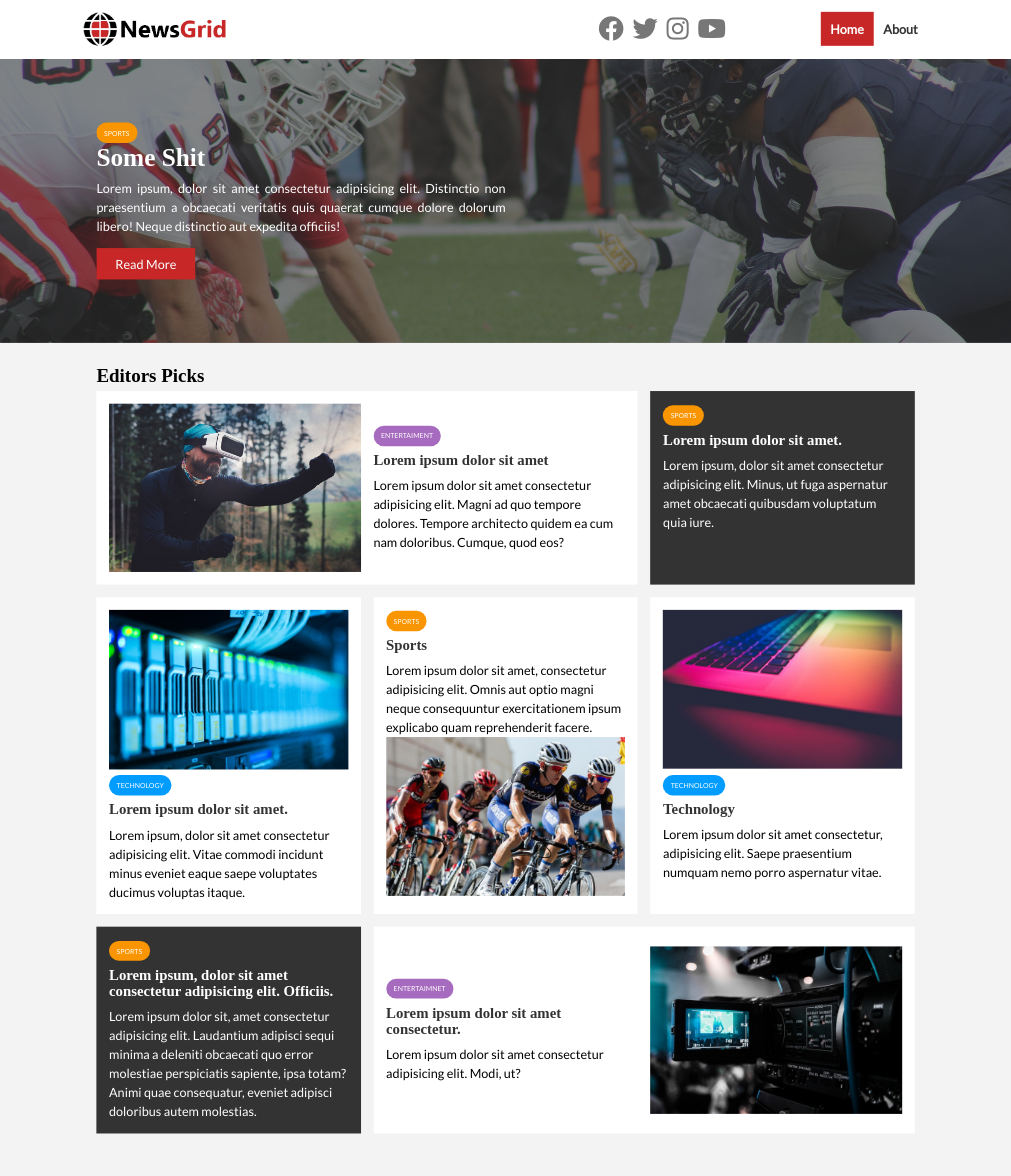
Repository: EswinGiova/NewsGrid
Page: index.html
These files come from the project's save history. The page is drawn as it stood at one moment and after the next save; the edit follows.
The browser window is 1280 px wide. The pictures show the whole page, at 79% of full size.
Some web libraries are served in a nearby version.

Above is the page before, as saved 2020-09-19 22:12:10.

### index.html
<!DOCTYPE html>
<html lang="en">
  <head>
    <meta charset="UTF-8" />
    <meta name="viewport" content="width=device-width, initial-scale=1.0" />
    <link rel="shortcut icon" type="image/x-icon" href="favicon.ico" />
    <link
      href="https://fonts.googleapis.com/css2?family=Lato&family=Staatliches&display=swap"
      rel="stylesheet"
    />
    <link rel="stylesheet" href="./css/style.css" />
    <link
      rel="stylesheet"
      media="screen and (max-width: 768px)"
      href="./css/mobile.css"
    />

    <link
      rel="stylesheet"
      href="https://cdnjs.cloudflare.com/ajax/libs/font-awesome/5.14.0/css/all.min.css"
      integrity="sha512-1PKOgIY59xJ8Co8+NE6FZ+LOAZKjy+KY8iq0G4B3CyeY6wYHN3yt9PW0XpSriVlkMXe40PTKnXrLnZ9+fkDaog=="
      crossorigin="anonymous"
    />

    <title>NewsGrid | Latest News</title>
  </head>
  <body>
    <nav id="main-nav">
      <div class="container">
        <img src="./image_resources/logo.png" alt="" class="logo" />
        <div class="social">
          <a href="#" target="_blank"><i class="fab fa-facebook fa-2x"></i></a>
          <a href="#" target="_blank"><i class="fab fa-twitter fa-2x"></i></a>
          <a href="#" target="_blank"><i class="fab fa-instagram fa-2x"></i></a>
          <a href="#" target="_blank"><i class="fab fa-youtube fa-2x"></i></a>
        </div>
        <ul>
          <li><a href="#" class="current">Home</a></li>
          <li><a href="#">About </a></li>
        </ul>
      </div>
    </nav>

    <header id="showcase">
      <div class="container">
        <div class="showcase-container">
          <div class="showcase-content">
            <div class="category category-sports">Sports</div>
            <h1>Some Shit</h1>
            <p>
              Lorem ipsum, dolor sit amet consectetur adipisicing elit.
              Distinctio non praesentium a obcaecati veritatis quis quaerat
              cumque dolore dolorum libero! Neque distinctio aut expedita
              officiis!
            </p>
            <a href="./article.html" class="btn btn-primary">Read More </a>
          </div>
        </div>
      </div>
    </header>
    <!-- Hombe articles -->

    <section id="home-articles" class="py-2">
      <div class="container">
        <h2>Editors Picks</h2>
        <div class="articles-container">
          <article class="card">
            <img src="./image_resources/articles/ent1.jpg" alt="" />
            <div>
              <div class="category category-ent">Entertaiment</div>
              <h3>
                <a href="./article.html">Lorem ipsum dolor sit amet</a>
              </h3>
              <p>
                Lorem ipsum dolor sit amet consectetur adipisicing elit. Magni
                ad quo tempore dolores. Tempore architecto quidem ea cum nam
                doloribus. Cumque, quod eos?
              </p>
            </div>
          </article>
          <article class="card bg-dark">
            <div class="category category-sports">Sports</div>
            <h3>
              <a href="./article.html">Lorem ipsum dolor sit amet.</a>
            </h3>
            <p>
              Lorem ipsum, dolor sit amet consectetur adipisicing elit. Minus,
              ut fuga aspernatur amet obcaecati quibusdam voluptatum quia iure.
            </p>
          </article>

          <article class="card">
            <img src="./image_resources/articles/tech1.jpg" alt="" />
            <div class="category category-tech">Technology</div>
            <h3><a href="./article.html">Lorem ipsum dolor sit amet.</a></h3>
            <p>
              Lorem ipsum, dolor sit amet consectetur adipisicing elit. Vitae
              commodi incidunt minus eveniet eaque saepe voluptates ducimus
              voluptas itaque.
            </p>
          </article>

          <article class="card">
            <div class="category category-sports">Sports</div>
            <h3>
              <a href="./article.html">Sports</a>
            </h3>
            <p>
              Lorem ipsum dolor sit amet, consectetur adipisicing elit. Omnis
              aut optio magni neque consequuntur exercitationem ipsum explicabo
              quam reprehenderit facere.
            </p>
            <img src="./image_resources/articles/sports1.jpg" alt="" />
          </article>

          <article class="card">
            <img src="./image_resources/articles/tech2.jpg" alt="" />
            <div class="category category-tech">Technology</div>
            <h3><a href="./article.html">Technology</a></h3>
            <p>
              Lorem ipsum dolor sit amet consectetur, adipisicing elit. Saepe
              praesentium numquam nemo porro aspernatur vitae.
            </p>
          </article>
          <article class="card bg-dark">
            <div class="category category-sports">Sports</div>
            <h3>
              <a href="./article.html"
                >Lorem ipsum, dolor sit amet consectetur adipisicing elit.
                Officiis.</a
              >
            </h3>
            <p>
              Lorem ipsum dolor sit, amet consectetur adipisicing elit.
              Laudantium adipisci sequi minima a deleniti obcaecati quo error
              molestiae perspiciatis sapiente, ipsa totam? Animi quae
              consequatur, eveniet adipisci doloribus autem molestias.
            </p>
          </article>

          <article class="card">
            <div>
              <div class="category category-ent">Entertaimnet</div>
              <h3>
                <a href="./article.html"
                  >Lorem ipsum dolor sit amet consectetur.</a
                >
              </h3>
              <p>
                Lorem ipsum dolor sit amet consectetur adipisicing elit. Modi,
                ut?
              </p>
            </div>
            <img src="./image_resources/articles/ent2.jpg" alt="" />
          </article>
        </div>
      </div>
    </section>
  </body>
</html>

### css/style.css
:root {
  --primary-color: #c72727;
  --secondary-color: #f99500;
  --light-color: #f3f3f3;
  --dark-color: #333;
  --max-width: 1100px;
}

.category {
  --sports-color: #f99500;
  --ent-color: #a66bbe;
  --tech-color: #009cff;
}
* {
  margin: 0;
  padding: 0;
  box-sizing: border-box;
}
body {
  font-family: 'Lato', sans-serif;
  line-height: 1.5;
  background: var(--light-color);
}

a {
  color: var(--dark-color);
  text-decoration: none;
}

ul {
  list-style: none;
}

img {
  width: 100%;
}

h1,
h2,
h3,
h4,
h5,
h6 {
  font-family: 'Staaliches', cursive;
  margin-bottom: 0.55rem;
  line-height: 1.3rem;
}

/*  utility class */

.container {
  max-width: var(--max-width);
  margin: auto;
  padding: 0 2rem;
  overflow: hidden;
}

/* category */

.category {
  display: inline-block;
  color: #fff;
  font-size: 0.55rem;
  text-transform: uppercase;
  padding: 0.4rem 0.6rem;
  border-radius: 15px;
  margin-bottom: 0.5rem;
}

.category-sports {
  background: var(--sports-color);
}
.category-ent {
  background: var(--ent-color);
}
.category-tech {
  background: var(--tech-color);
}

/* btn */

.btn {
  display: inline-block;
  border: none;
  background: var(--dark-color);
  color: #fff;
  padding: 0.5rem 1.5rem;
}

.btn-light {
  background: var(--light-color);
}
.btn-primary {
  background: var(--primary-color);
}
.btn-secondary {
  background: var(--secondary-color);
}
.btn:hover {
  opacity: 0.8;
}

.btn-block {
  display: block;
  width: 100%;
  text-align: center;
}

/* cards */

.card {
  background: white;
  padding: 1rem;
}

.bg-dark {
  background: var(--dark-color);
  color: white;
}
.bg-primary {
  background: var(--primary-color);
  color: white;
}
.bg-secondary {
  background: var(--secondary-color);
  color: #fff;
}
.py-1 {
  padding: 1.5rem 0;
}
.py-2 {
  padding: 2rem 0;
}
.py-3 {
  padding: 3rem 0;
}
.p-1 {
  padding: 1.5rem;
}
.p-2 {
  padding: 2rem;
}
.p-3 {
  padding: 3rem;
}

.bg-dark h1,
.bg-dark h2,
.bg-dark h3,
.bg-dark a,
.bg-primary h1,
.bg-primary h2,
.bg-primary h3,
.bg-primary a,
.bg-secondary h1,
.bg-secondary h2,
.bg-secondary h3,
.bg-secondary a {
  color: #fff;
}

/* Navigation */
#main-nav {
  background: #fff;
  position: sticky;
  top: 0;
  z-index: 2;
}

#main-nav .container {
  display: grid;
  grid-template-columns: 6fr 3fr 2fr;
  padding: 1rem;
  align-items: center;
}

#main-nav .logo {
  width: 180px;
}

#main-nav ul {
  display: flex;
  justify-self: end;
}

#main-nav ul li a {
  padding: 0.77rem;
  font-weight: bold;
}

#main-nav ul li .current {
  background: var(--primary-color);
  color: white;
}

#main-nav ul li .current:hover {
  background: var(--light-color);
  color: var(--dark-color);
}
#main-nav .social {
  justify-self: center;
}

#main-nav .social i {
  color: #777;
  margin-left: 0.5rem;
}

/* showcase */
#showcase {
  background: #333;
  color: #fff;
  position: relative;
}

#showcase:before {
  content: '';
  background: url('../image_resources/featured.jpg') center center/cover;
  position: absolute;
  top: 0;
  left: 0;
  width: 100%;
  height: 100%;
  opacity: 0.4;
}
#showcase .showcase-container {
  height: 50vh;
  display: grid;
  grid-template-columns: repeat(2, 1fr);
  justify-content: center;
  align-content: center;
}
#showcase .showcase-container .showcase-content {
  z-index: 2;
  text-align: justify;
}
#showcase .showcase-container .showcase-content p {
  margin: 1rem 0;
}
/* Home Articles  */

#home-articles .articles-container {
  display: grid;
  grid-template-columns: repeat(3, 1fr);
  grid-gap: 1rem;
}

#home-articles .articles-container > *:first-child,
#home-articles .articles-container > *:last-child {
  display: grid;
  grid-template-columns: repeat(2, 1fr);
  grid-column: 1 / span 2;
  grid-gap: 1rem;
  align-items: center;
}
#home-articles .articles-container > *:last-child {
  grid-column: 2 / span 2;
}

Loaded but not shown: css/mobile.css (no copy from this time; the picture is the same without it)

After the next save:
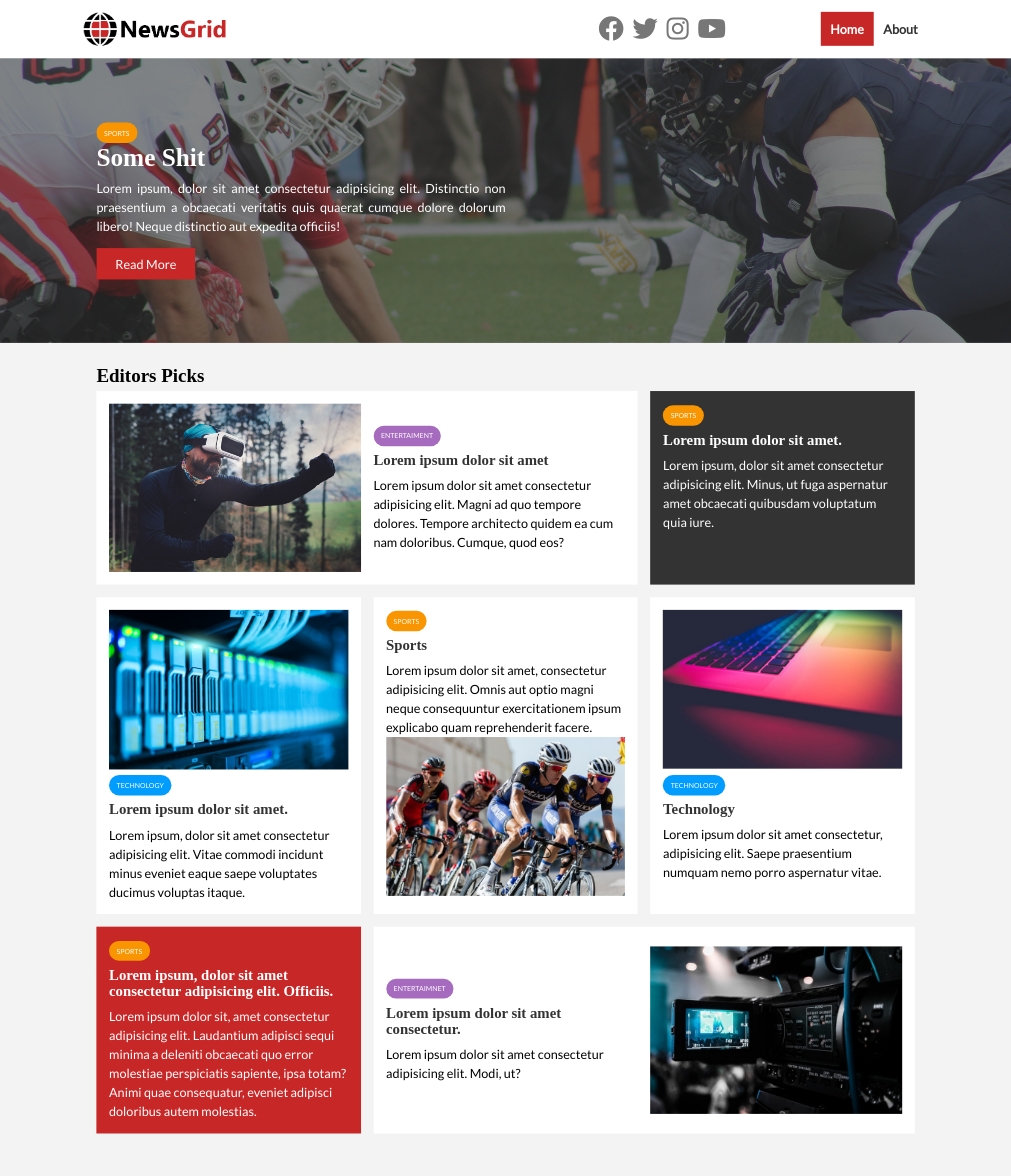
Saved 10 s later.
--- a/index.html
+++ b/index.html
@@ -122,7 +122,7 @@
               praesentium numquam nemo porro aspernatur vitae.
             </p>
           </article>
-          <article class="card bg-dark">
+          <article class="card bg-primary">
             <div class="category category-sports">Sports</div>
             <h3>
               <a href="./article.html"
